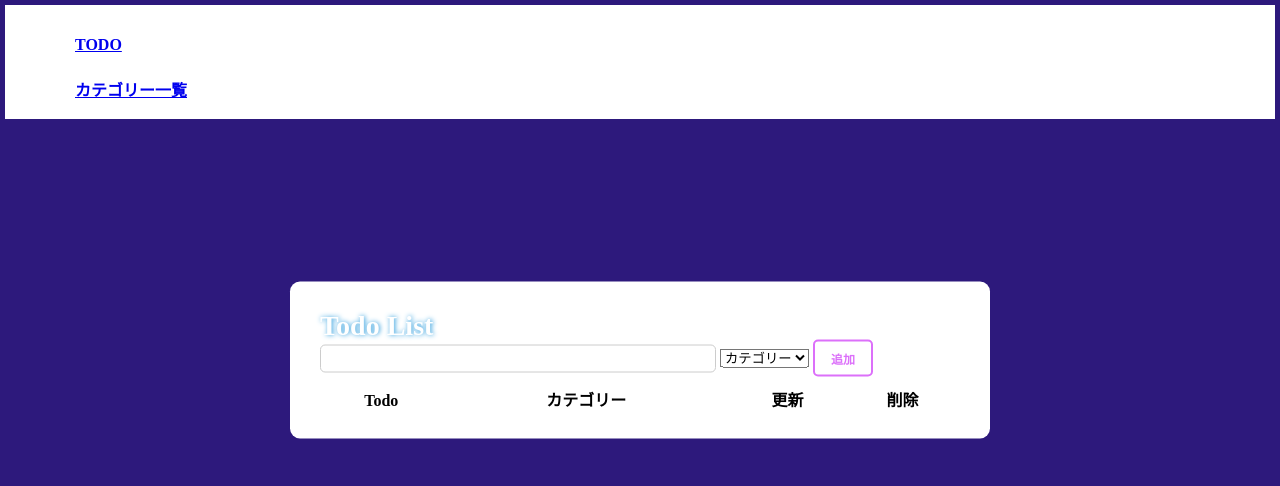
Repository: azuma2/cate
Page: http://localhost/
An editor plug-in stored every save of this project. The page is shown before and after a run of saves, followed by the edit.
The browser window is 1280 px wide. The pictures show the whole page.
The page is served by the project's Laravel application, run on PHP 8.4 with Laravel 8. Other server files are loaded and not shown. Queries for data that is not in the repository find no rows.

Above is the page before, as saved 2022-05-17 19:33:48.

### routes/web.php
<?php

use Illuminate\Support\Facades\Route;
use App\Http\Controllers\TodoController;
use App\Http\Controllers\CateController;


Route::get('/', [TodoController::class, 'index']);

Route::get('/cate', [CateController::class, 'index']);

Route::post('/todo/create', [TodoController::class, 'create']);
Route::post('/todo/update', [TodoController::class, 'update']);
Route::post('/todo/delete', [TodoController::class, 'remove']);
Route::post('/todo/search', [TodoController::class, 'search']);
Route::post('/cate/create', [CateController::class, 'create']);
Route::post('/cate/update', [CateController::class, 'update']);
Route::post('/cate/delete', [CateController::class, 'remove']);
Route::post('/cate/search', [CateController::class, 'search']);

### app/Http/Controllers/TodoController.php
<?php

namespace App\Http\Controllers;

use App\Models\Todo;
use App\Models\Cate;
use Illuminate\Http\Request;
use Illuminate\Support\Facades\DB;

class TodoController extends Controller
{
    public function index()
    {
        $items = Todo::all();
        $cates = Cate::all();
        return view('index', ['items' => $items, 'cates' => $cates]);
    }


    public function create(Request $request)
    {
        $param = ['content' => $request->content,];
        $this->validate($request, Todo::$rules);

        $param2 = ['content' => $request->content,];
        $this->validate($request, Cate::$rules);


        DB::insert('insert into todos (content) values (:content)', $param);
        DB::insert('insert into cates (content) values (:content)', $param2);
        return redirect('/');
    }

    public function update(Request $request)
    {
         $param = [
            'id' => $request->id,
            'content' => $request->content,

        ];
        $this->validate($request, Todo::$rules);
        DB::update('update todos set content =:content where id =:id', $param);
        return redirect('/');
    }

    public function remove(Request $request)
    {
        $param = ['id' => $request->id];
        DB::delete('delete from todos where id =:id', $param);
        return redirect('/');
    }



}

### app/Models/todo.php
<?php


namespace App\Models;

use Illuminate\Database\Eloquent\Factories\HasFactory;
use Illuminate\Database\Eloquent\Model;
use App\Models\Cate;

class Todo extends Model
{
    use HasFactory;

    protected $fillable = ['cate_id', 'content'];

    public static $rules = array(
        'cate_id' => 'required|text',
        'content' => 'required|max:20',
    );

    public function cate(){
        return $this->belongsTo('App\Models\cate');
    }


}

### app/Models/cate.php
<?php


namespace App\Models;

use Illuminate\Database\Eloquent\Factories\HasFactory;
use Illuminate\Database\Eloquent\Model;
use App\Models\Todo;

class Cate extends Model
{
    use HasFactory;

    protected $fillable = ['content'];

    public static $rules = array(
        'content' => 'required|max:10',
    );

    public function todo(){
        return $this->belongsTo('App\Models\todo');
    }


}

### resources/views/index.blade.php
<!DOCTYPE html>
<html lang="ja">
<head>
    <meta charset="UTF-8">
    <meta http-equiv="X-UA-Compatible" content="IE=edge">
    <meta name="viewport" content="width=device-width, initial-scale=1.0">
    <link rel="stylesheet" href="{{ asset('/reset.css') }}" >
    <title>@yield('title')</title>
    <style>
    body {
      font-size:16px;
      margin: 5px;
      background-color: #2d197c;
    }


header{
  padding-right:50px;
  padding-left:50px;
  padding-top:20px;
  left: 0;
  top: 0;
  background: #fff;
  display: flex;
}
.head {
  justify-content: space-between;
  display: flex;
  font-weight: bolder;
  position: sticky;
  bottom: 0;
}

.head1{
  padding: 10px;
  margin: 10px;
}

.head2{
  padding: 10px;
  margin: 10px;
}

ul{
  list-style: none;
  margin-top: -8px;
}

    td {
      padding: 5px 10px;
      text-align: center;
    }

    .narabe{
      display:flex;
      flex-flow: column;
    }

    .button {
    text-align: left;
    border: 2px solid #dc70fa;
    font-size: 12px;
    color: #dc70fa;
    background-color: #fff;
    font-weight: bold;
    padding: 8px 16px;
    border-radius: 5px;
    cursor: pointer;
    transition: 0.4s;
    outline: none;
}
.input-add {
    width: 60%;
    padding: 5px;
    border-radius: 5px;
    border: 1px solid #ccc;
    appearance: none;
    font-size: 14px;
    outline: none;
}
.input-update {
    width: 90%;
    padding: 5px;
    border-radius: 5px;
    border: 1px solid #ccc;
    appearance: none;
    font-size: 14px;
    outline: none;
}
    .card {
    background-color: #fff;
    width: 50vw;
    padding: 30px;
    position: absolute;
    top: 50%;
    left: 50%;
    transform: translate(-50%, -50%);
    border-radius: 10px;
}
    h2 {
      font-size:28px;
      color:white;
      text-shadow:1px 0 5px #289ADC;
      margin-left: 1px;
      margin: 0;
    }
    .content {
      margin:10px;
    }
.pulu{

}
    .button2 {
    text-align: left;
    border: 2px solid #dc70fa;
    font-size: 12px;
    color: #dc70fa;
    background-color: #fff;
    font-weight: bold;
    padding: 8px 16px;
    border-radius: 5px;
    cursor: pointer;
    transition: 0.4s;
    outline: none;

}
    </style>
  </head>
  <body>
  <header>
    <div class="head">
      <ul class="head0">
        <li class="head1"><a href="{{ url('/') }}">TODO</a></li>
        <li class="head2"><a href="{{ url('/cate') }}">カテゴリー一覧</a></li>
      </ul>
    </div>
  </header>
  <div class="container">
    <div class="card">
      <h2 class="title">Todo List</h2>
            <div class="todo">
              @if ($errors->has('content'))
                  <tr>
                    <th>TODOが入力されておりません</th>
                  </tr><br>
              @endif
              @if ($errors->has('cate_id'))
                  <tr>
                    <th>カテゴリーが選択されておりません</th>
                  </tr>
              @endif




        <form action="/todo/create" method="post">
            @csrf
          <input type="text" class="input-add" name="content">
                    <!--  カテゴリープルダウン -->
        <select class="pulu" id="cate_id" name="cate_id" >
          <option value="0">カテゴリー</option>
            @foreach ($cates as $item)
                <option value="{{ $item->id }}">{{ $item->content }}</option>
            @endforeach
        </select>
          <input class="button2" type="submit" value="追加" />
        </form>
          <div class="narabe">
        <table>
            @csrf
          <tr>
            <th>Todo</th>
            <th>カテゴリー</th>
            <th>更新</th>
            <th>削除</th>
          </tr><br>

                    <tr>
            @foreach ($items as $item)

            <td>
              <input type="text" class="input-update" value="{{$item->content}}" name="content" />
            </td>
            <form action="/todo/update" method="post">
              @csrf
              <td>

              </td>
              <td>
                <input type="hidden"  name="id" value="{{$item->id}}">
                <input class="button" type="submit" value="更新" >
              </td>
            </form>
            <td>
              <form action="/todo/delete" method="post" >
                    @csrf
                <input  type="hidden" name="id" value="{{$item->id}}" >
                <input class="button" type="submit" value="削除" >
              </form>
            </td>
            </div>
          </tr>
          @endforeach
        </table>
      </div>
    </div>
  </div>
  </div>

</body>
</html>

### public/reset.css
/*
html5doctor.com Reset Stylesheet
v1.6.1
Last Updated: 2010-09-17
Todo: Richard Clark - http://richclarkdesign.com
Twitter: @rich_clark
*/

html, body, div, span, object, iframe,
h1, h2, h3, h4, h5, h6, p, blockquote, pre,
abbr, address, cite, code,
del, dfn, em, img, ins, kbd, q, samp,
small, strong, sub, sup, var,
b, i,
dl, dt, dd, ol, ul, li,
fieldset, form, label, legend,
table, caption, tbody, tfoot, thead, tr, th, td,
article, aside, canvas, details, figcaption, figure,
footer, header, hgroup, menu, nav, section, summary,
time, mark, audio, video {
    margin:0;
    padding:0;
    border:0;
    outline:0;
    font-size:100%;
    vertical-align:baseline;
    background:transparent;
}

body {
    line-height:1;
}

article,aside,details,figcaption,figure,
footer,header,hgroup,menu,nav,section {
    display:block;
}

nav ul {
    list-style:none;
}

blockquote, q {
    quotes:none;
}

blockquote:before, blockquote:after,
q:before, q:after {
    content:'';
    content:none;
}

a {
    margin:0;
    padding:0;
    font-size:100%;
    vertical-align:baseline;
    background:transparent;
}

/* change colours to suit your needs */
ins {
    background-color:#ff9;
    color:#000;
    text-decoration:none;
}

/* change colours to suit your needs */
mark {
    background-color:#ff9;
    color:#000;
    font-style:italic;
    font-weight:bold;
}

del {
    text-decoration: line-through;
}

abbr[title], dfn[title] {
    border-bottom:1px dotted;
    cursor:help;
}

table {
    border-collapse:collapse;
    border-spacing:0;
}

/* change border colour to suit your needs */
hr {
    display:block;
    height:1px;
    border:0;
    border-top:1px solid #cccccc;
    margin:1em 0;
    padding:0;
}

input, select {
    vertical-align:middle;
}

Loaded but not shown: app/Http/Controllers/Controller.php (common file)

After the next 2 saves:
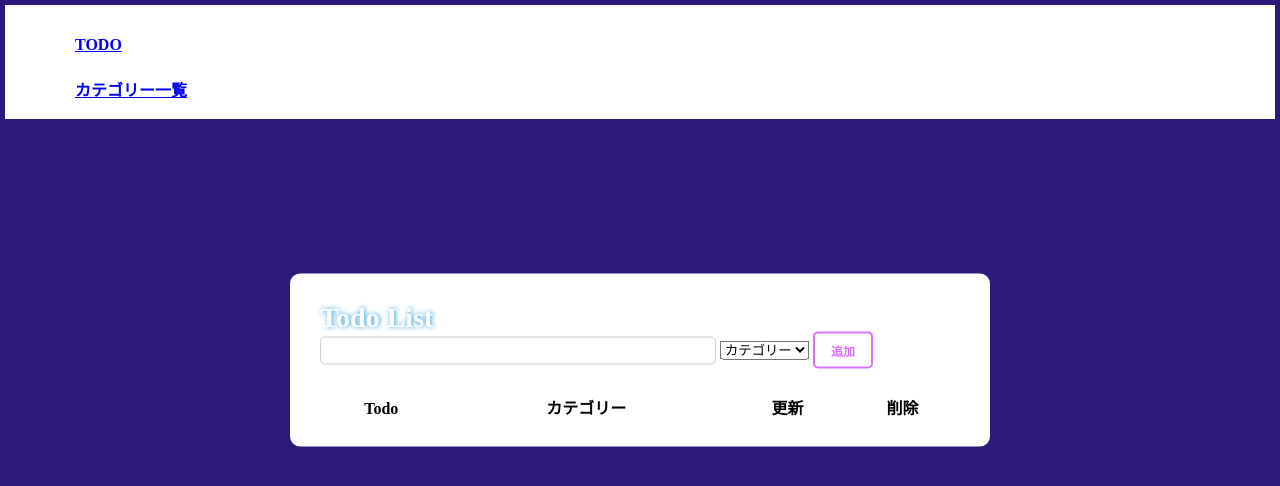
The 2 saves are shown as one change because they came seconds apart.
The last was saved 2 min 8 s later.
--- a/resources/views/index.blade.php
+++ b/resources/views/index.blade.php
@@ -12,6 +12,12 @@
       margin: 5px;
       background-color: #2d197c;
     }
+
+form {
+    display: block;
+    margin-top: 0em;
+    margin-block-end: 1em;
+}
 
 
 header{

After the 3 saves that followed:
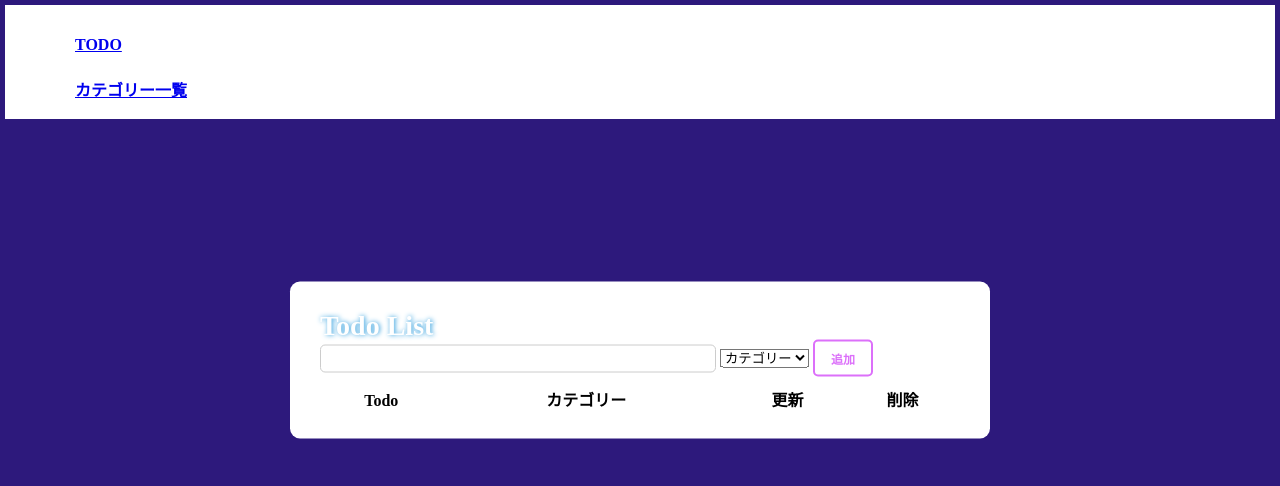
The 3 saves are shown as one change because 2 left the picture as it was.
The last was saved 43 s later.
--- a/resources/views/index.blade.php
+++ b/resources/views/index.blade.php
@@ -15,8 +15,7 @@
 
 form {
     display: block;
-    margin-top: 0em;
-    margin-block-end: 1em;
+    margin: 0;
 }
 
 
